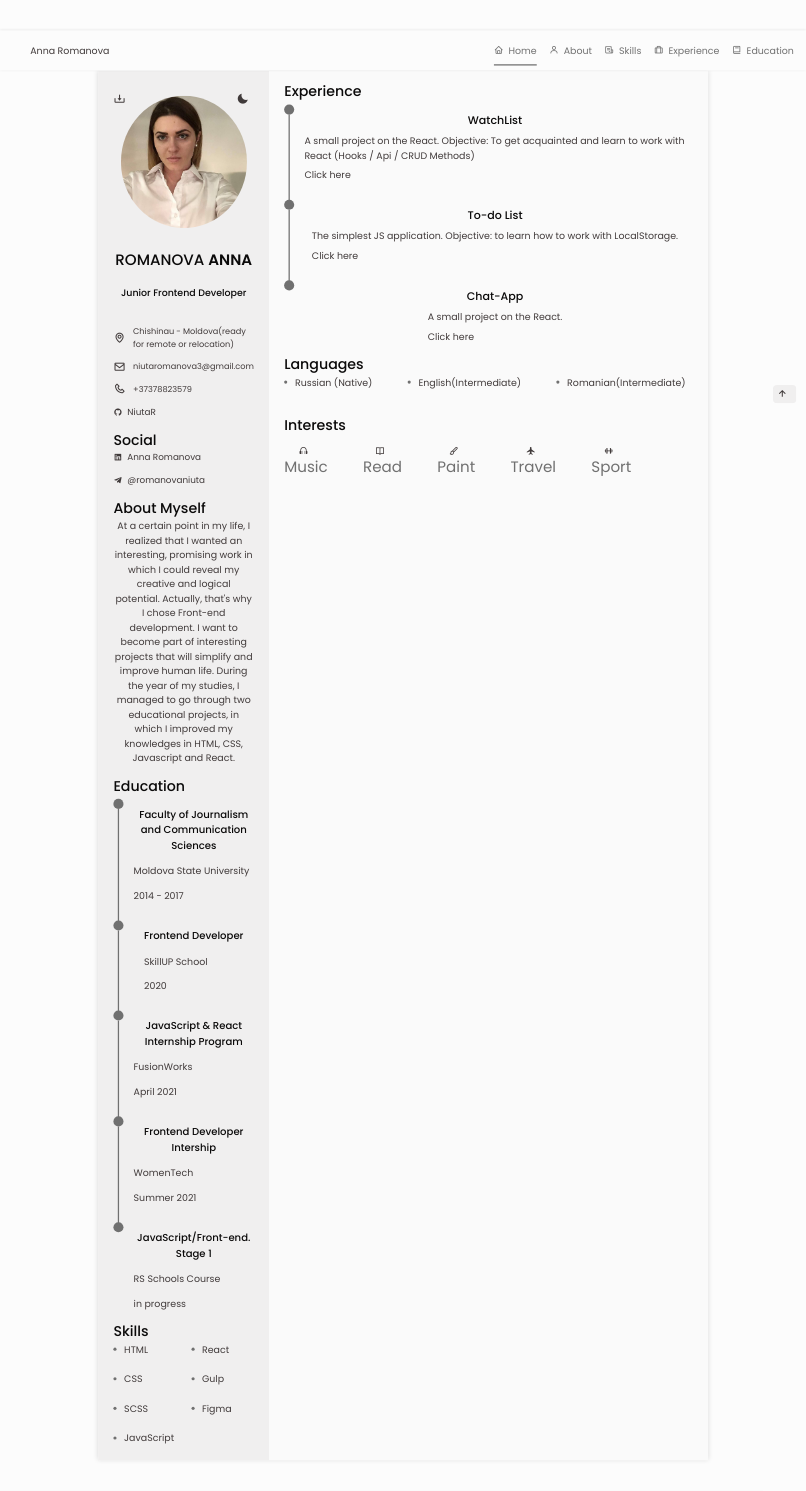
Repository: NiutaR/rsschool-cv
Page: index.html
An editor plug-in stored every save of this project. The page is shown before and after a run of saves, followed by the edit.
The browser window is 1280 px wide. The pictures show the whole page, at 63% of full size.

Above is the page before, as saved 2021-09-19 19:27:21.

After the next 2 saves:
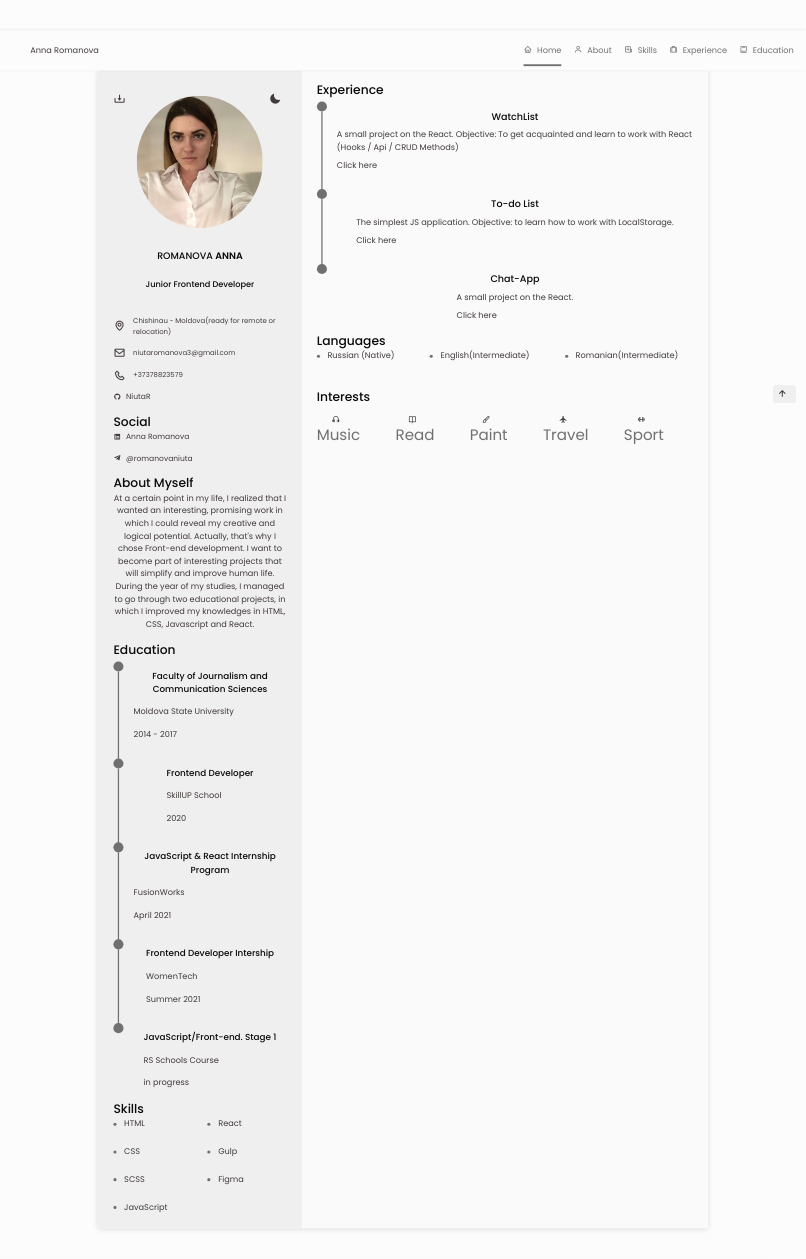
The 2 saves are shown as one change because they came seconds apart.
The last was saved 30 s later.
--- a/index.html
+++ b/index.html
@@ -10,7 +10,7 @@
     <title>My resume</title>
 </head>
 
-<body>
+<body class="scale-cv">
     <header class="l-header">
         <nav class="nav bd-grid">
             <div>

After the save that followed:
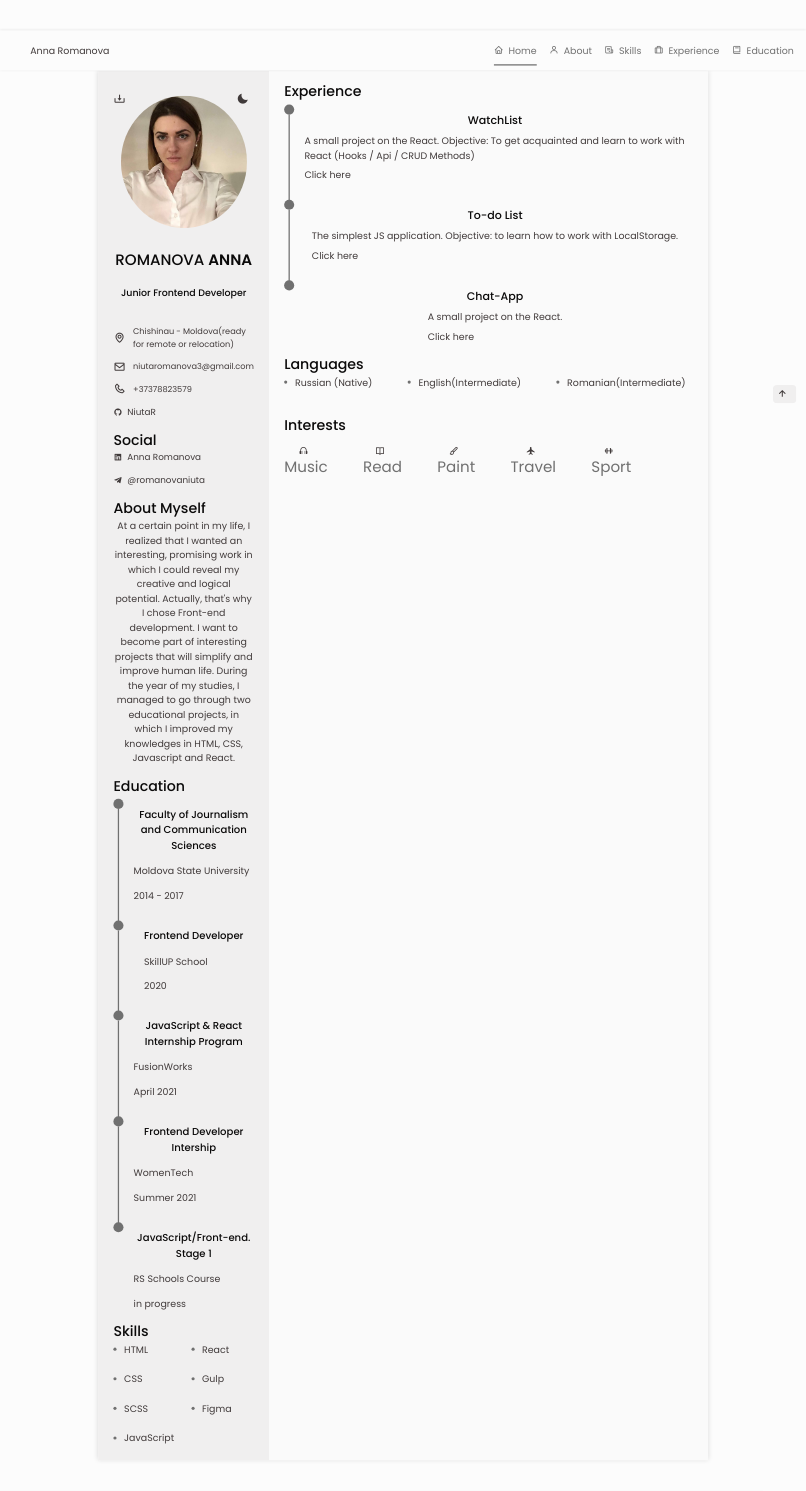
Saved 35 s later.
--- a/index.html
+++ b/index.html
@@ -10,7 +10,7 @@
     <title>My resume</title>
 </head>
 
-<body class="scale-cv">
+<body>
     <header class="l-header">
         <nav class="nav bd-grid">
             <div>
